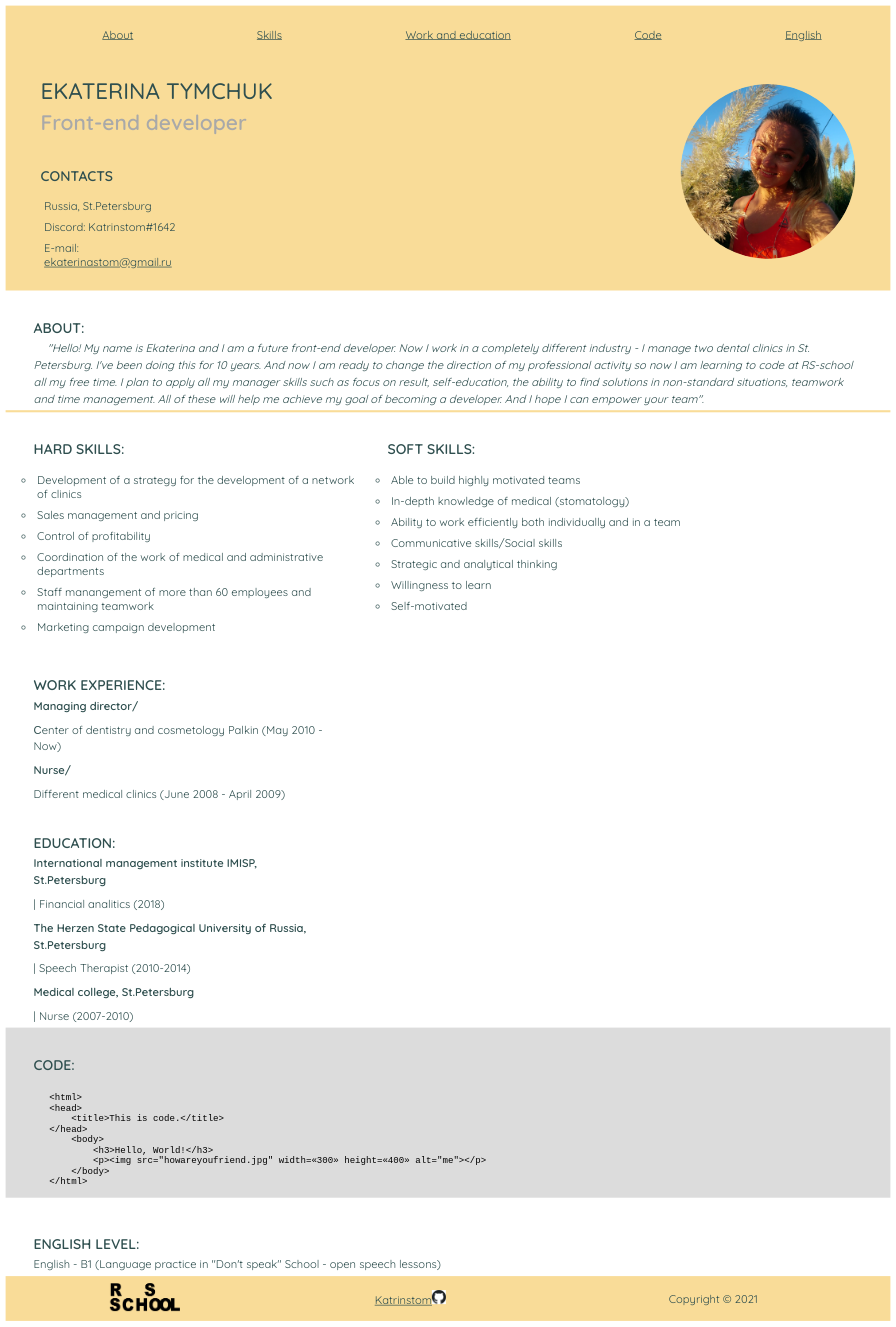
Repository: Katrinstom/rsschool-cv
Page: index.html
The author's editor kept a copy of each file at every save. The page is drawn from the files as they stood at one save, then again after the next save.
The browser window is 1280 px wide. The pictures show the whole page, at 70% of full size.

Above is the page before, as saved 2022-01-02 22:05:31.

### index.html
<!DOCTYPE html>
<html lang="en">
<head>
    <meta charset="UTF-8">
    <meta http-equiv="X-UA-Compatible" content="IE=edge">
    <meta name="viewport" content="width=device-width, initial-scale=1.0">
    <title>CV</title>
    <link type="text/css" rel="stylesheet" href="style.css"/>
    <link rel="preconnect" href="https://fonts.googleapis.com">
<link rel="preconnect" href="https://fonts.gstatic.com" crossorigin>
<link href="https://fonts.googleapis.com/css2?family=Quicksand:wght@400;500;600&display=swap" rel="stylesheet">
</head>
<body>
    <header class="bigblock section">
            <nav class="nav">
                <ul class="navlist">
                    <li class="nav-item"><a href="#about">About</a></li>
                    <li class="nav-item"><a href="#skills">Skills</a></li>
                    <li class="nav-item"><a href="#workandeducation">Work and education</a></li>
                    <li class="nav-item"><a href="#code">Code</a></li>
                    <li class="nav-item"><a href="#english">English</a></li>
                </ul>
            </nav>
                <img class="pic" src="images/1909_oooo.plus.png" alt="itsme" width="250" height="250">
                <h1>Ekaterina Tymchuk</h1>
                <h2>Front-end developer</h2>
                <h4>Contacts</h4>
                <ul class="nonumber">
                    <li>Russia, St.Petersburg</li>
                    <li>Discord: Katrinstom#1642</li>
                    <li>E-mail:<a href="mailto:ekaterinastom@gmail.ru"> ekaterinastom@gmail.ru</a></li>
                </ul>
        </header>
    <main class="section">
        <article>
            <div class="about" id="about">
                <h4>About:</h4>
                <p>"Hello! My name is Ekaterina and I am a future front-end developer. Now I work in a completely different industry - I manage two dental clinics in St. Petersburg. I've been doing this for 10 years. And now I am ready to change the direction of my professional activity so now I am learning to code at RS-school all my free time. I plan to apply all my manager skills such as focus on result, self-education, the ability to find solutions in non-standard situations, teamwork and time management. All of these will help me achieve my goal of becoming a developer. And I hope I can empower your team".</p>
            </div>
        </article>
        <section class="conteiner">
            <div class="skills" id="skills">
                <h4>Hard skills:</h4>
                <ul>
                    <li>Development of a strategy for the development of a network of clinics</li>
                    <li>Sales management and pricing</li>
                    <li>Control of profitability</li>
                    <li>Coordination of the work of medical and administrative departments</li>
                    <li>Staff manangement of more than 60 employees and maintaining teamwork</li>
                    <li>Marketing campaign development</li>
                </ul>
            </div>
            <div class="skills" id="skills">
                <h4>Soft skills:</h4>
                <ul>
                    <li>Able to build highly motivated teams</li>
                    <li>In-depth knowledge of medical (stomatology)</li>
                    <li>Ability to work efficiently both individually and in a team</li>
                    <li>Communicative skills/Social skills</li>
                    <li>Strategic and analytical thinking</li>
                    <li>Willingness to learn</li>
                    <li>Self-motivated</li>
                </ul>
            </div>
        </section>
        <section>
            <div style="clear:both"></div>
            <div class="workandeducation" id="workandeducation">
                <h4>Work experience:</h4>
                <b>Managing director/</b>
                <p>Сenter of dentistry and cosmetology Palkin (May 2010 - Now)</p>
                <b>Nurse/</b>
                <p>Different medical clinics (June 2008 - April 2009)</p>
            </div>
            <div class="workandeducation" id="workandeducation">
                <h4>Education:</h4>
                <b>International management institute IMISP, St.Petersburg</b>
                <p>| Financial analitics (2018)</p>
                <b>The Herzen State Pedagogical University of Russia, St.Petersburg</b>
                <p>| Speech Therapist (2010-2014)</p>
                <b>Medical college, St.Petersburg</b>
                <p>| Nurse (2007-2010)</p>
            </div>
        </section>
        <section>
            <div class="code" id="code">
                <h4>Code:</h4>
                <pre><code>
        &LT;html&GT;
        &LT;head&GT;
            &LT;title&GT;This is code.&LT;/title&GT;
        &LT;/head&GT;
            &LT;body&GT;
                &LT;h3&GT;Hello, World!&LT;/h3&GT;
                &LT;p&GT;&LT;img src="howareyoufriend.jpg" width=«300» height=«400» alt="me"&GT;&LT;/p&GT;
            &LT;/body&GT;
        &LT;/html&GT;
                </code></pre>
            </div>
            <div class="english" id="english">
            <h4>English level:</h4>
            <p>English - B1 (Language practice in "Don't speak" School - open speech lessons)</p>
            </div>
        </section>
    </main>
        <footer class="footer section">
            <div class="flexcont">
                <a href="https://rs.school/js/"><img src="images/logo-rsschool3.png" alt="logo-rsschool3" width="100" height="40"></a>
                <a href="https://github.com/Katrinstom">Katrinstom<img src="images/gitpic.png" alt="gitlogo" width="20" height="20"></a>
                <p>Copyright © 2021</p>
             </div>
        </footer>
</body>
</html>

### style.css
html {
    scroll-behavior: smooth;
}
.section {
    max-width: 1280px;
    margin: 0 auto;
    flex-direction: column;
}
main {
    display: flex;
}
.bigblock {
    height: auto;
    background-color: #f9dc98;
    padding: 10px;
}
.nav {
    background-color: ;
}
.navlist {
    display: flex;
    justify-content: space-around;
    align-items: center;
}
.nav-item {
    list-style: none;
}
body {
    font-family: 'Quicksand', sans-serif;
}
h1 {
  padding: 30px 40px 5px;
  text-align: left;
  font-family:'Quicksand', sans-serif;
  font-weight: 500;
  font-size: 32px;
  text-transform: uppercase;
  color:darkslategray;
  margin: 0;
}
h2 {
    padding: 0px 40px 5px;
    text-align: left;
    font-family:'Quicksand', sans-serif;
    font-size: 30px;
    color:darkgrey;
    margin: 0;
}
h3 {
    padding: 0px 40px 5px;
    text-align: left;
    font-family:'Quicksand', sans-serif;
    font-size: 25px;
    color:darkgrey;
    margin: 0;
}
h4 {
    font-family:'Quicksand', sans-serif;
    font-size: 20px;
    text-transform: uppercase;
    padding: 40px 40px 0px;
    text-align: left;
    color: darkslategray;
    margin: 0;
}
ul {
    list-style-type:circle;
    padding: auto;
}
.nonumber {
    list-style-type:none;
}
li {
    text-align: left;
    color: darkslategray;
    font-family: 'Quicksand', sans-serif;
    margin: 0;
    padding: 5px 5px 5px;
}
.about {
    border-bottom: solid 3px #f9dc98;
}
.about p {
    text-align: left;
    color: darkslategray;
    font-family: 'Quicksand', sans-serif;
    font-style: italic;
    margin: 0;
    height: auto;
    width: auto;
    padding: 5px 40px 5px;
    line-height: 1.5;
    text-indent: 20px;
}
.english {
    text-align: left;
    color: darkslategray;
    margin: 0;
    height: auto;
    width: auto;
    padding: 0;
}
.conteiner {
    display: flex;
    flex-direction: row;
}
.skills {
    text-align: left;
    color: darkslategray;
    font-family: 'Quicksand', sans-serif;
    margin: 0;
    height: auto;
    width: 40%;
    padding: 0;
}
.workandeducation {
    text-align: left;
    color: darkslategray;
    font-family: 'Quicksand', sans-serif;
    margin: 0;
    height: auto;
    width: 40%;
    padding: 0;
}
.pic {
    border-radius: 50%;
    float: right;
    padding: 40px;
}
p, b {
    display: block;
    text-align: left;
    color: darkslategray;
    font-family: 'Quicksand', sans-serif;
    margin: 0;
    height: auto;
    width: auto;
    padding: 5px 40px 5px;
    line-height: 1.5;
}
.code {
    text-align: left;
    background-color: gainsboro;
    display: block;
}
.flexcont {
    display: flex;
    flex-direction: row;
    justify-content: space-around;
    align-items: center;
}
a {
    display: block;
}
li a {
    color: darkslategray;
}
footer a {
    color: darkslategray;
}
.footer {
    height: auto;
    background-color: #f9dc98;
    padding: 10px;
}

After the next save:
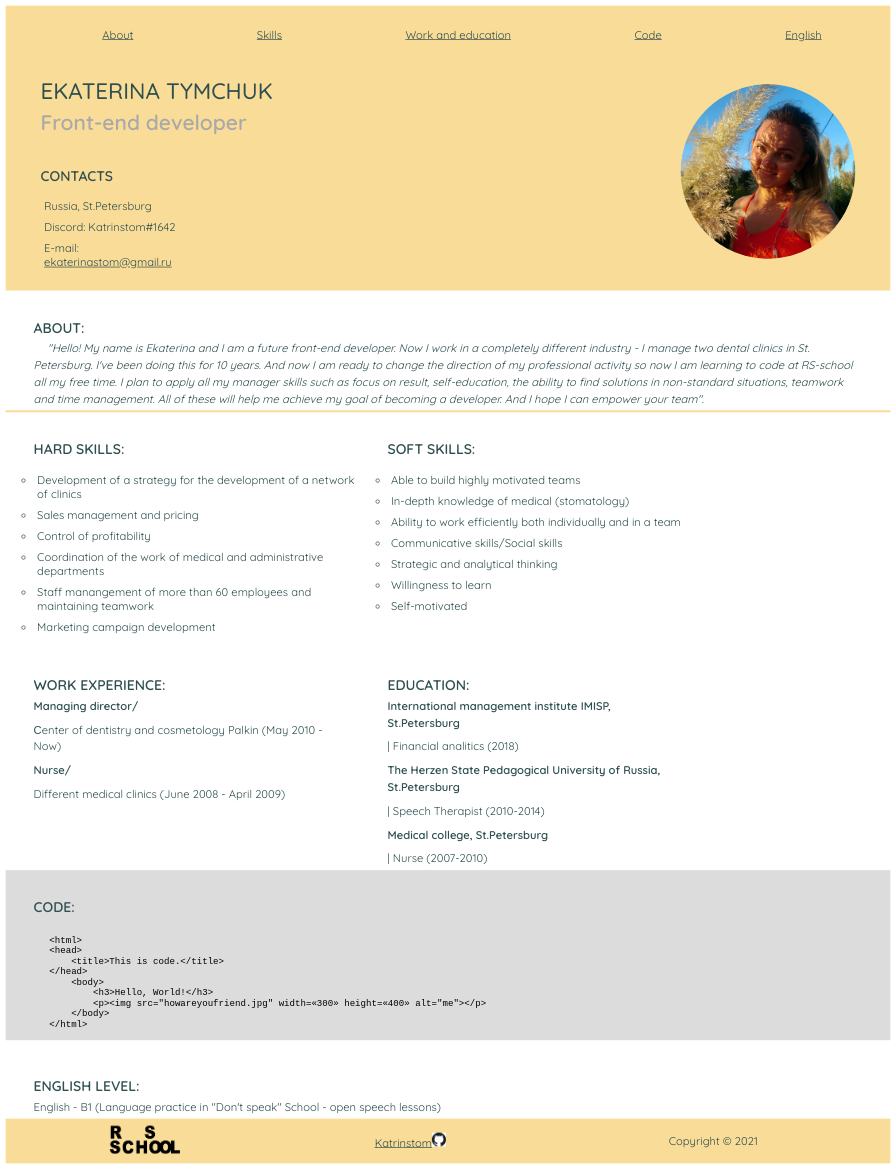
Saved 30 s later.
--- a/index.html
+++ b/index.html
@@ -63,7 +63,7 @@
                 </ul>
             </div>
         </section>
-        <section>
+        <section class="conteiner">
             <div style="clear:both"></div>
             <div class="workandeducation" id="workandeducation">
                 <h4>Work experience:</h4>
